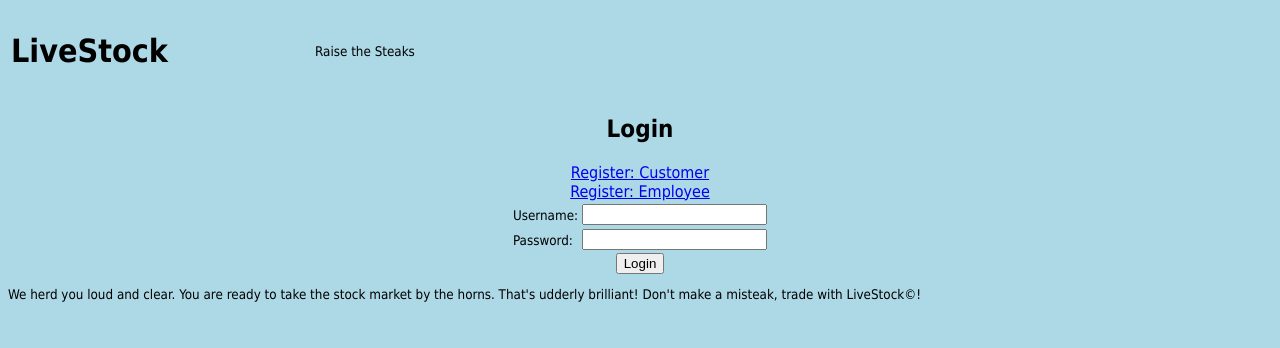
Repository: yastapova/live-stock
Page: LiveStockSite/WebContent/WEB-INF/index.html
These files come from the project's save history. The page is drawn as it stood at one moment and after the next save; the edit follows.
The browser window is 1280 px wide. The pictures show the whole page.

Above is the page before, as saved 2016-04-15 22:15:42.

### LiveStockSite/WebContent/WEB-INF/index.html
<!DOCTYPE html>
<html>
<head>
	<meta charset="ISO-8859-1">
	<title>LiveStock Trading</title>
	<style>
		body {
			background-color: lightblue;
			font-family: Tahoma;
		}
		.formlabel {
			font-size: 10pt;
		}
		.header {
			align: center;
		}
		p {
			font-size: 10pt;
		}
	</style>
</head>
<body>
	<div class="header">
	<table>
		<tr>
			<td width='300px'><h1>LiveStock</h1></td>
			<td width='300px'><p>Raise the Steaks</p></td>
		</tr>
	</table>
	</div>

	<div class="body" align="center">
		<h2>Login</h2>
		<a href="register_cus.html">Register: Customer</a> <br />
		<a href="register_emp.html">Register: Employee</a>
		<form>
			<table>
				<tr>
					<td><span class="formlabel">Username:</span></td>
					<td><input id="usrn" name="username" type="text" /></td>
				</tr>
				<tr>
					<td><span class="formlabel">Password:</span></td>
					<td><input id="pw" name="password" type="password" /></td>
				</tr>
			</table>
			<input type="submit" value="Login">
		</form>
	</div>

	<div class="footer">
	<p>We herd you loud and clear. You are ready to take the stock market by the horns. That's udderly brilliant! Don't make a misteak, trade with LiveStock&copy;!</p>
	</div>
</body>
</html>

### LiveStockSite/WebContent/WEB-INF/gen.css
@CHARSET "ISO-8859-1";

body {
		background-color: lightblue;
		font-family: Tahoma;
}
.formlabel {
	font-size: 10pt;
}
.header {
	align: "center"";
}
.footer {
	align: "center";
}
p.footer {
	font-size: 8pt;
}

After the next save:
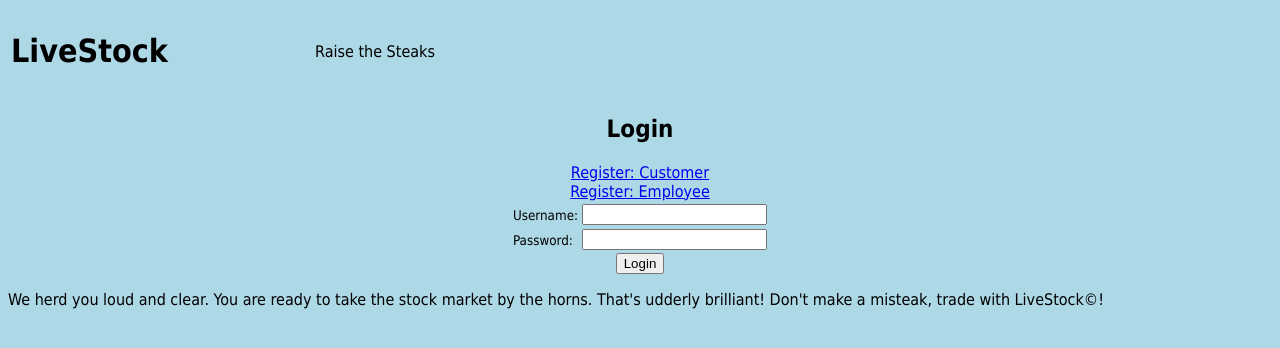
Saved 24 s later.
--- a/LiveStockSite/WebContent/WEB-INF/index.html
+++ b/LiveStockSite/WebContent/WEB-INF/index.html
@@ -3,21 +3,7 @@
 <head>
 	<meta charset="ISO-8859-1">
 	<title>LiveStock Trading</title>
-	<style>
-		body {
-			background-color: lightblue;
-			font-family: Tahoma;
-		}
-		.formlabel {
-			font-size: 10pt;
-		}
-		.header {
-			align: center;
-		}
-		p {
-			font-size: 10pt;
-		}
-	</style>
+	<link rel="stylesheet" href="gen.css" />
 </head>
 <body>
 	<div class="header">
